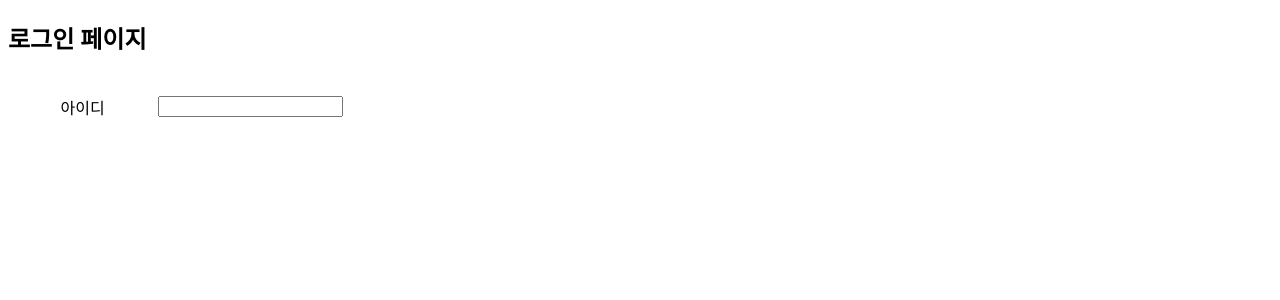
Repository: Parkjaeseong94/JspPractice1
Page: http://localhost/JSP1/RequestLogin.jsp
The author's editor kept a copy of each file at every save. The page is drawn from the files as they stood at one save, then again after the next save.
The browser window is 1280 px wide. The pictures show the whole page.
The page is served by Tomcat 9.

Above is the page before, as saved 2024-02-15 08:03:30.

### JSP1/src/main/webapp/RequestLogin.jsp
<%@ page language="java" contentType="text/html; charset=EUC-KR"
    pageEncoding="EUC-KR"%>
<!DOCTYPE html>
<html>
<head>
<meta charset="EUC-KR">
<title>Insert title here</title>
</head>
<body>
		<h2> 로그인 페이지 </h2>

		<form action="RequestLogionProc.jsp" method="get">
		<table width="400">
		<tr height="60">
			<td align="center" width="150"> 아이디 </td>
			<td align="Left" width="250">
				<input type="text" name="id">
			</td>
		</tr>
		</table>


		</form>
</body>
</html>

After the next save:
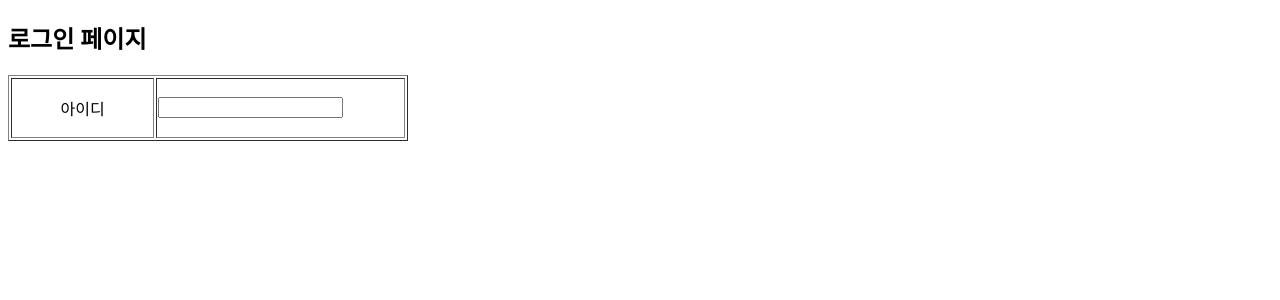
Saved 33 s later.
--- a/JSP1/src/main/webapp/RequestLogin.jsp
+++ b/JSP1/src/main/webapp/RequestLogin.jsp
@@ -10,7 +10,7 @@
 		<h2> 로그인 페이지 </h2>
 
 		<form action="RequestLogionProc.jsp" method="get">
-		<table width="400">
+		<table width="400" border="1">
 		<tr height="60">
 			<td align="center" width="150"> 아이디 </td>
 			<td align="Left" width="250">
